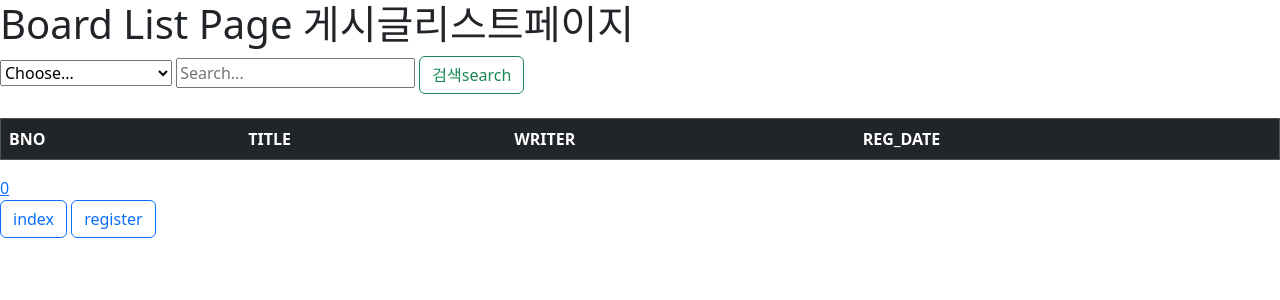
Repository: gatsby5959/_jsp_workspace_brd-mem_copy
Page: http://localhost/jsp_BoardMember/board/list.jsp
The author's editor kept a copy of each file at every save. The page is drawn from the files as they stood at one save, then again after the next save.
The browser window is 1280 px wide. The pictures show the whole page.
The page is served by Tomcat 9. The template is opened directly, without the code that normally fills it, so the values that code supplies are empty.

Above is the page before, as saved 2023-09-12 10:29:54.

After the next save:
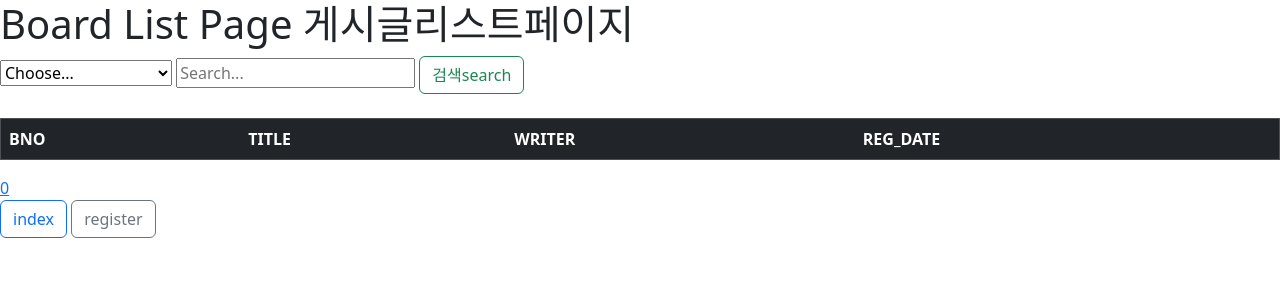
Saved 13 s later.
--- a/jsp_BoardMember/src/main/webapp/board/list.jsp
+++ b/jsp_BoardMember/src/main/webapp/board/list.jsp
@@ -67,7 +67,7 @@
 	</div>
 
 	<a href="/index.jsp"><button type="button"  class="btn btn-outline-primary">index</button></a>
-   <a href="/brd/register"><button type="button"  class="btn btn-outline-primary">register</button></a>
+   <a href="/brd/register"><button type="button"  class="btn btn-outline-secondary">register</button></a>
 
 </body>
 </html>
